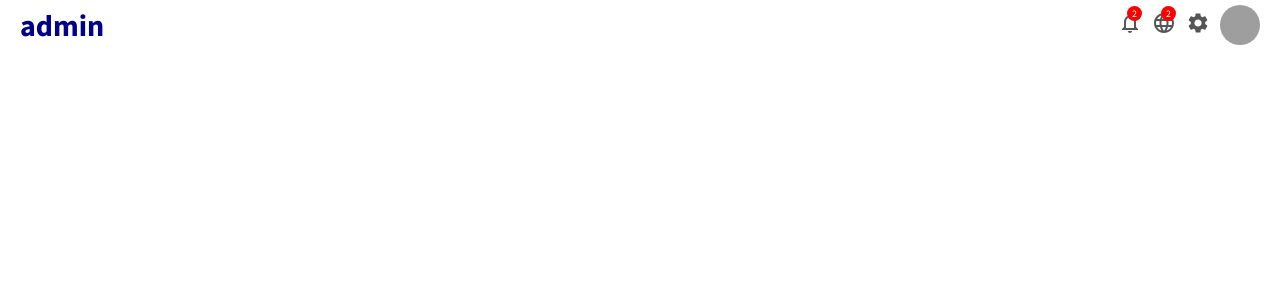
Repository: 109b28691/admin
Page: /users
The author's editor kept a copy of each file at every save. The page is drawn from the files as they stood at one save, then again after the next save.
The browser window is 1280 px wide. The pictures show the whole page.
Pictures or frames that could not be fetched are drawn as grey boxes. The project was rebuilt for these pictures with package versions that can differ from the ones it lists, and the page was loaded fresh each time.

Above is the page before, as saved 2023-10-22 20:48:49.

After the next save:
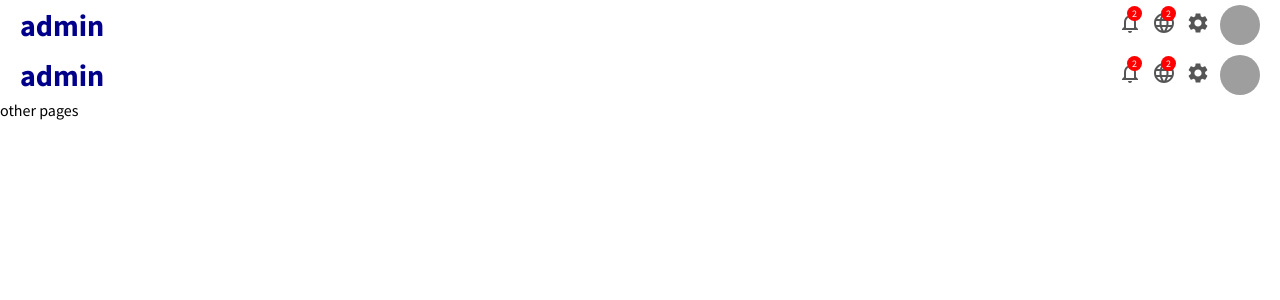
Saved 6 min 52 s later.
--- a/src/App.js
+++ b/src/App.js
@@ -1,9 +1,13 @@
 import Topbar from "./components/topbar/Topbar";
+import Sidebar from "./components/topbar/Topbar";
 
 function App() {
   return (
     <div>
       <Topbar />
+      <div className="container"></div>
+      <Sidebar />
+      other pages
     </div>
   );
 }
